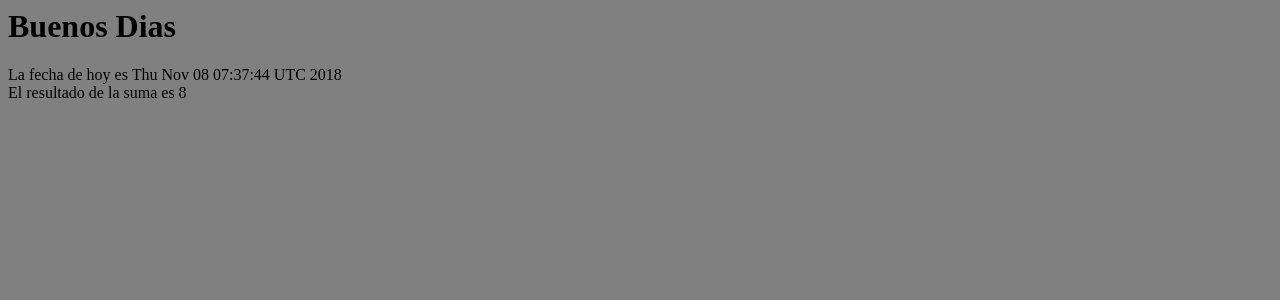
Repository: rengifolu/Blog
Page: http://localhost/PrimerosPasosJSP/saludo.jsp
An editor plug-in stored every save of this project. The page is shown before and after the next save, followed by the edit.
The browser window is 1280 px wide. The pictures show the whole page.
The page is served by Tomcat 9.

Above is the page before, as saved 2018-11-08 08:23:42.

### PrimerosPasosJSP/WebContent/saludo.jsp
<%@page import="diego.com.calculos.*"%>
<%@page import="java.util.Date"%>
<html>

<body style="background:grey">
  <h1>
      Buenos Dias
  </h1>

      La fecha de hoy es  <%= new Date() %>


      <br>

      El resultado de la suma es <%= Calculos.suma(5,3) %>

</body>
</html>

### PrimerosPasosJSP/src/diego/com/calculos/Calculos.java
package diego.com.calculos;

public class Calculos {

    private static int resultado;
    public static int suma (int i, int j){
 	  resultado = i+j;
 	  return resultado;
   }

}

After the next save:
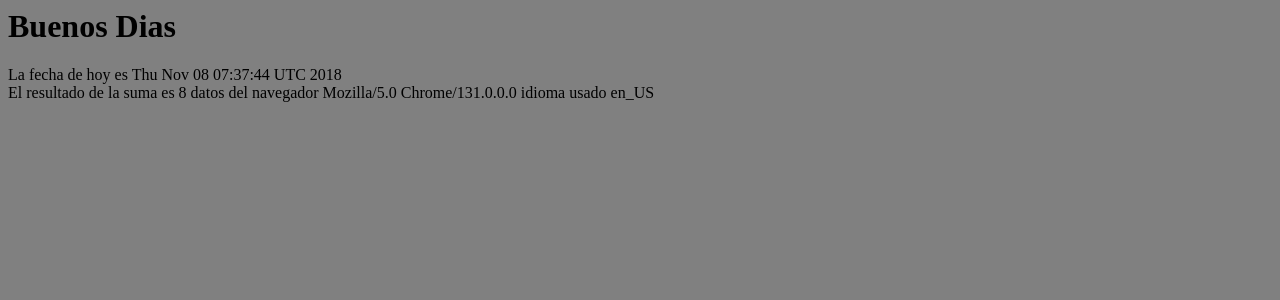
Saved 12 min 31 s later.
--- a/PrimerosPasosJSP/WebContent/saludo.jsp
+++ b/PrimerosPasosJSP/WebContent/saludo.jsp
@@ -14,5 +14,8 @@
 
       El resultado de la suma es <%= Calculos.suma(5,3) %>
 
+      datos del navegador <%= request.getHeader("User-Agent") %>
+      idioma usado <%= request.getLocale() %>
+
 </body>
 </html>
